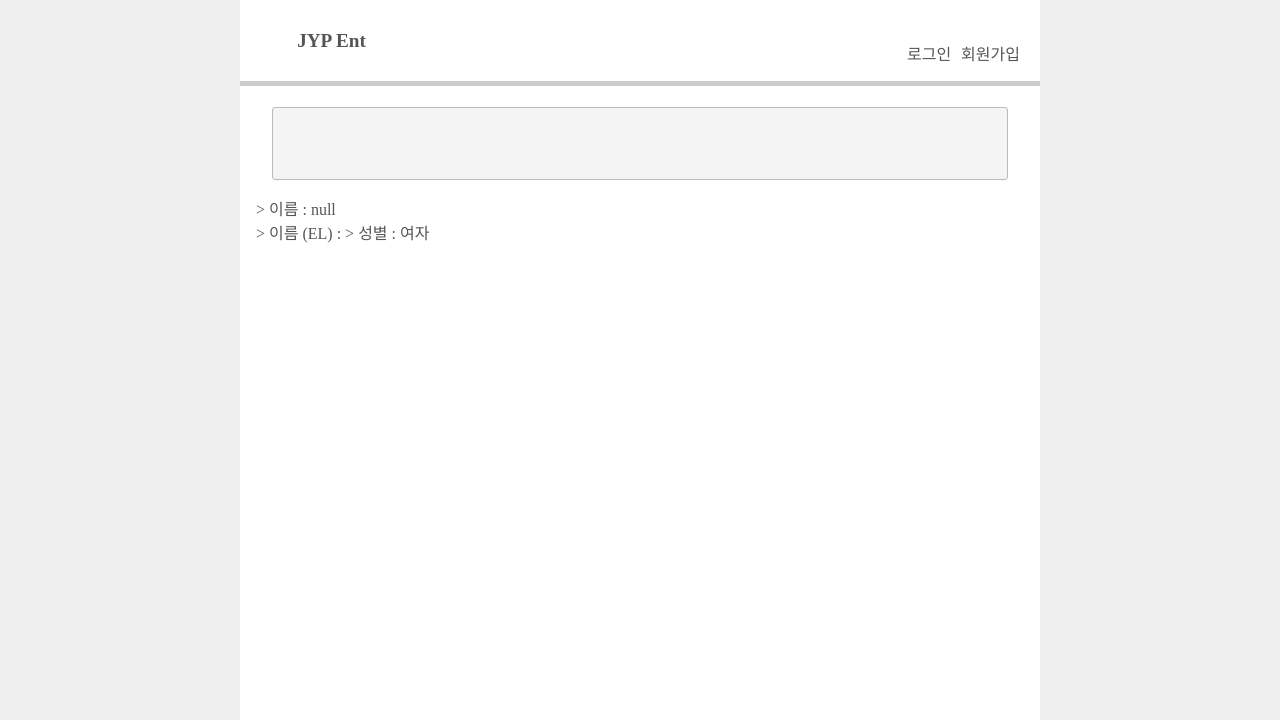
Repository: junyong231/JSP-SSIT
Page: http://localhost/jspPro/days03/ex05_ok.jsp
An editor plug-in stored every save of this project. The page is shown before and after the next save, followed by the edit.
The browser window is 1280 px wide. The pictures show the whole page.
Some web fonts or font styles are not loaded; a fallback is used. The page is served by Tomcat 9.

Above is the page before, as saved 2024-10-17 05:44:54.

After the next save:
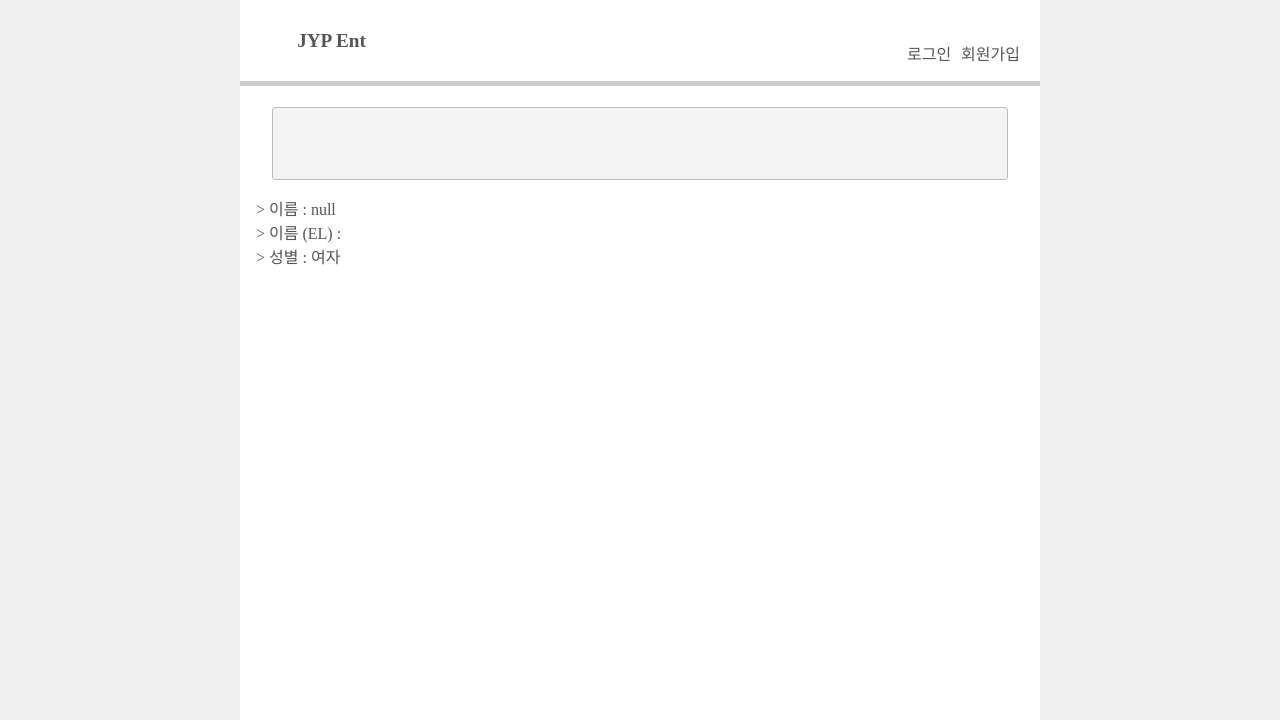
Saved 9 s later.
--- a/jspPro/src/main/webapp/days03/ex05_ok.jsp
+++ b/jspPro/src/main/webapp/days03/ex05_ok.jsp
@@ -33,7 +33,7 @@
   	String gender = request.getParameter("gender");
   %>
   > 이름 : <%= name %> <br>
-  > 이름 (EL) : ${ param.name }
+  > 이름 (EL) : ${ param.name }<br>
   > 성별 : <%= gender=="m"?"남자":"여자" %>
 </div>
 </body>
